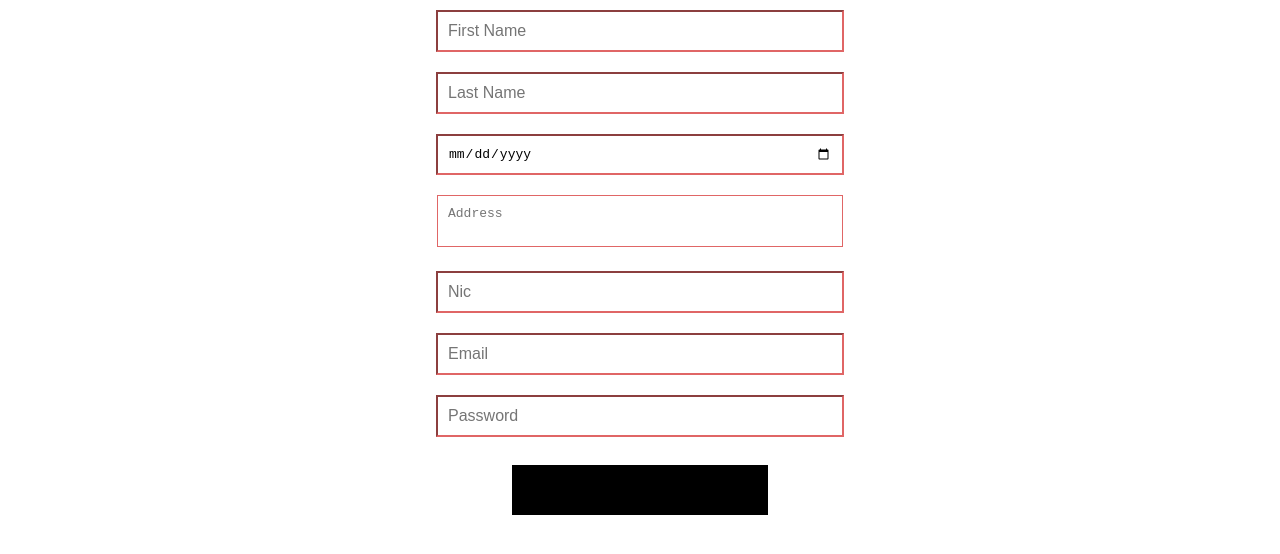
Repository: developerks611/loanweb
Page: http://localhost/loan-web/customerReg.jsp
The author's editor kept a copy of each file at every save. The page is drawn from the files as they stood at one save, then again after the next save.
The browser window is 1280 px wide. The pictures show the whole page.
The page is served by Tomcat 9. Other server files are loaded and not shown.

Above is the page before, as saved 2023-03-10 11:54:50.

### loan-web/src/main/webapp/customerReg.jsp
<%@ page language="java" contentType="text/html; charset=ISO-8859-1"
    pageEncoding="ISO-8859-1" isELIgnored="false"%>
 <%@ taglib prefix = "tag" uri = "http://java.sun.com/jsp/jstl/core" %>
<!DOCTYPE html>
<html>
<head>

<style>
textarea{
	resize:none;
	font-size:100%;
}

* {
  padding: 0;
  margin: 0;
}

body {
  font-family: Arial, Tahoma, Serif;
  color: #263238;
}

nav {
  display: flex;
  justify-content:space-between;
  align-items: center;
  padding: 1rem 2rem;
  background: #e06666;
}

nav ul {
  display: flex;
  list-style: none;
}

nav li {
  padding-left: 1rem;
}

nav a {
  text-decoration: none;
  color: black;
  font-weight:bold;
}

.container {
 text-align:center;
}

.txt_input{

	width:30%;
	height:auto;
	margin:10px;
	padding:10px;
	font-size:100%;
	border-color:#e06666;
}


.createAccount{

	background-color:black;
	outline: none;
    border: none;
    width:20%;
    height:50px;;
    font-size:100%;
    padding:10px;
    font-weight:bold;
}

.msg{
	color:red;

	font-weight:bold;


}
 /*
  Extra small devices (phones, 600px and down)
*/
@media only screen and (max-width: 600px) {
  nav {
    flex-direction: column;
  }
  nav ul {
    flex-direction: column;
    padding-top: 0.5rem;
  }
  nav li {
    padding: 0.5rem 0;
  }
}
</style>
<meta charset="ISO-8859-1">
<title>Customer Registration</title>
</head>

<body>

<div  class="container">
<div id="msg" class="msg"></div>
<p class="msg">${message }<p>
<form action="addData" method="post">
<input type="text" name="fname" placeholder="First Name" required class="txt_input"><br>
<input type="text" name="lname" placeholder="Last Name" required class="txt_input"><br>
<input type="date" name="dob" required class="txt_input" id="dob" onChange="ageCalculator()"><br>
<textarea placeholder="Address" required name="adress" required class="txt_input"></textarea ><br>
<input type="text" name="nic" placeholder="Nic" required class="txt_input"><br>
<input type="email" name="email" placeholder="Email" required class="txt_input"><br>
<input type="password" name="password" placeholder="Password" required class="txt_input"><br><br>
<input type="hidden" name="action" value="addClient">

<button type="submit" class="btn btn-success createAccount">Create Account</button>

</form>
</div>
<script>
function ageCalculator() {
    var userinput = document.getElementById("dob").value;
    var dob = new Date(userinput);


    //calculate month difference from current date in time
    var month_diff = Date.now() - dob.getTime();

    //convert the calculated difference in date format
    var age_dt = new Date(month_diff);

    //extract year from date
    var year = age_dt.getUTCFullYear();

    //now calculate the age of the user
    var age = Math.abs(year - 1970);

    if(age>=18){


    }
    else{

       document.getElementById("dob").value = "";
       document.getElementById("msg").innerHTML = "*** Sorry Age not enough ***";

    }

    //display the calculated age


}
</script>
</body>
</html>

After the next save:
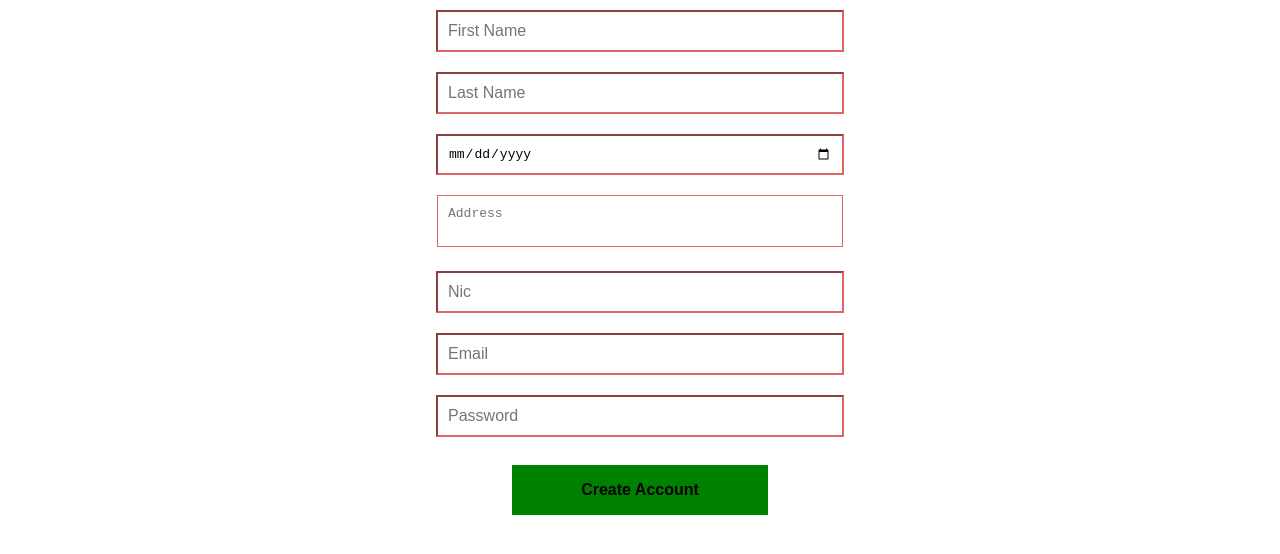
Saved 14 s later.
--- a/loan-web/src/main/webapp/customerReg.jsp
+++ b/loan-web/src/main/webapp/customerReg.jsp
@@ -61,7 +61,7 @@ nav a {
 
 .createAccount{
 
-	background-color:black;
+	background-color:green;
 	outline: none;
     border: none;
     width:20%;
